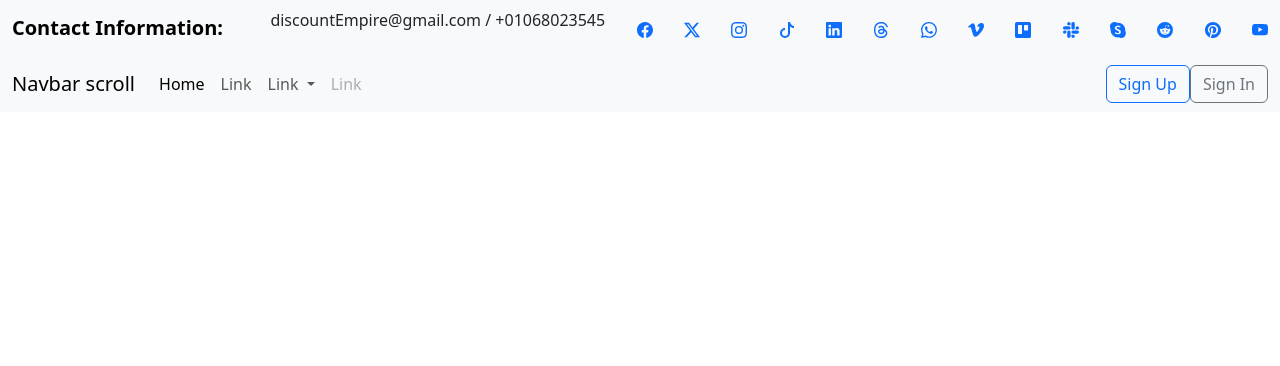
Repository: HaziimYassien/The-Discount-Empire
Page: index.html
These files come from the project's save history. The page is drawn as it stood at one moment and after a run of saves; the edit follows.
The browser window is 1280 px wide. The pictures show the whole page.

Above is the page before, as saved 2024-01-24 17:58:35.

### index.html
<!DOCTYPE html>
<html lang="en">
  <head>
    <meta charset="UTF-8" />
    <meta name="viewport" content="width=device-width, initial-scale=1.0" />
    <link rel="stylesheet" href="/style.css" />
    <link rel="stylesheet" href="/css/bootstrap.css" />
    <title>Document</title>
  </head>
  <body>
    <!-- START _SocialMediaBar -->
<nav class="h-auto navbar sticky-top navbar-light bg-light">
  <div class="h-1 container-fluid">
    <strong class="mb-0 navbar-brand" href="#">Contact Information:  </strong>
    <p>discountEmpire@gmail.com / +01068023545</p>
    <a href="#">
 <svg xmlns="http://www.w3.org/2000/svg" width="16" height="16" fill="currentColor" class="bi bi-facebook" viewBox="0 0 16 16">
  <path d="M16 8.049c0-4.446-3.582-8.05-8-8.05C3.58 0-.002 3.603-.002 8.05c0 4.017 2.926 7.347 6.75 7.951v-5.625h-2.03V8.05H6.75V6.275c0-2.017 1.195-3.131 3.022-3.131.876 0 1.791.157 1.791.157v1.98h-1.009c-.993 0-1.303.621-1.303 1.258v1.51h2.218l-.354 2.326H9.25V16c3.824-.604 6.75-3.934 6.75-7.951"/>
</svg>
    </a>

    <a href="#">
<svg xmlns="http://www.w3.org/2000/svg" width="16" height="16" fill="currentColor" class="bi bi-twitter-x" viewBox="0 0 16 16">
  <path d="M12.6.75h2.454l-5.36 6.142L16 15.25h-4.937l-3.867-5.07-4.425 5.07H.316l5.733-6.57L0 .75h5.063l3.495 4.633L12.601.75Zm-.86 13.028h1.36L4.323 2.145H2.865z"/>
</svg>
</a>
<a href="#">
<svg xmlns="http://www.w3.org/2000/svg" width="16" height="16" fill="currentColor" class="bi bi-instagram" viewBox="0 0 16 16">
  <path d="M8 0C5.829 0 5.556.01 4.703.048 3.85.088 3.269.222 2.76.42a3.9 3.9 0 0 0-1.417.923A3.9 3.9 0 0 0 .42 2.76C.222 3.268.087 3.85.048 4.7.01 5.555 0 5.827 0 8.001c0 2.172.01 2.444.048 3.297.04.852.174 1.433.372 1.942.205.526.478.972.923 1.417.444.445.89.719 1.416.923.51.198 1.09.333 1.942.372C5.555 15.99 5.827 16 8 16s2.444-.01 3.298-.048c.851-.04 1.434-.174 1.943-.372a3.9 3.9 0 0 0 1.416-.923c.445-.445.718-.891.923-1.417.197-.509.332-1.09.372-1.942C15.99 10.445 16 10.173 16 8s-.01-2.445-.048-3.299c-.04-.851-.175-1.433-.372-1.941a3.9 3.9 0 0 0-.923-1.417A3.9 3.9 0 0 0 13.24.42c-.51-.198-1.092-.333-1.943-.372C10.443.01 10.172 0 7.998 0zm-.717 1.442h.718c2.136 0 2.389.007 3.232.046.78.035 1.204.166 1.486.275.373.145.64.319.92.599s.453.546.598.92c.11.281.24.705.275 1.485.039.843.047 1.096.047 3.231s-.008 2.389-.047 3.232c-.035.78-.166 1.203-.275 1.485a2.5 2.5 0 0 1-.599.919c-.28.28-.546.453-.92.598-.28.11-.704.24-1.485.276-.843.038-1.096.047-3.232.047s-2.39-.009-3.233-.047c-.78-.036-1.203-.166-1.485-.276a2.5 2.5 0 0 1-.92-.598 2.5 2.5 0 0 1-.6-.92c-.109-.281-.24-.705-.275-1.485-.038-.843-.046-1.096-.046-3.233s.008-2.388.046-3.231c.036-.78.166-1.204.276-1.486.145-.373.319-.64.599-.92s.546-.453.92-.598c.282-.11.705-.24 1.485-.276.738-.034 1.024-.044 2.515-.045zm4.988 1.328a.96.96 0 1 0 0 1.92.96.96 0 0 0 0-1.92m-4.27 1.122a4.109 4.109 0 1 0 0 8.217 4.109 4.109 0 0 0 0-8.217m0 1.441a2.667 2.667 0 1 1 0 5.334 2.667 2.667 0 0 1 0-5.334"/>
</svg>
</a>
<a href="#">
<svg xmlns="http://www.w3.org/2000/svg" width="16" height="16" fill="currentColor" class="bi bi-tiktok" viewBox="0 0 16 16">
  <path d="M9 0h1.98c.144.715.54 1.617 1.235 2.512C12.895 3.389 13.797 4 15 4v2c-1.753 0-3.07-.814-4-1.829V11a5 5 0 1 1-5-5v2a3 3 0 1 0 3 3z"/>
</svg>
</a>
<a href="#">
<svg xmlns="http://www.w3.org/2000/svg" width="16" height="16" fill="currentColor" class="bi bi-linkedin" viewBox="0 0 16 16">
  <path d="M0 1.146C0 .513.526 0 1.175 0h13.65C15.474 0 16 .513 16 1.146v13.708c0 .633-.526 1.146-1.175 1.146H1.175C.526 16 0 15.487 0 14.854zm4.943 12.248V6.169H2.542v7.225zm-1.2-8.212c.837 0 1.358-.554 1.358-1.248-.015-.709-.52-1.248-1.342-1.248S2.4 3.226 2.4 3.934c0 .694.521 1.248 1.327 1.248zm4.908 8.212V9.359c0-.216.016-.432.08-.586.173-.431.568-.878 1.232-.878.869 0 1.216.662 1.216 1.634v3.865h2.401V9.25c0-2.22-1.184-3.252-2.764-3.252-1.274 0-1.845.7-2.165 1.193v.025h-.016l.016-.025V6.169h-2.4c.03.678 0 7.225 0 7.225z"/>
</svg>
</a>
<a href="#">
<svg xmlns="http://www.w3.org/2000/svg" width="16" height="16" fill="currentColor" class="bi bi-threads" viewBox="0 0 16 16">
  <path d="M6.321 6.016c-.27-.18-1.166-.802-1.166-.802.756-1.081 1.753-1.502 3.132-1.502.975 0 1.803.327 2.394.948s.928 1.509 1.005 2.644q.492.207.905.484c1.109.745 1.719 1.86 1.719 3.137 0 2.716-2.226 5.075-6.256 5.075C4.594 16 1 13.987 1 7.994 1 2.034 4.482 0 8.044 0 9.69 0 13.55.243 15 5.036l-1.36.353C12.516 1.974 10.163 1.43 8.006 1.43c-3.565 0-5.582 2.171-5.582 6.79 0 4.143 2.254 6.343 5.63 6.343 2.777 0 4.847-1.443 4.847-3.556 0-1.438-1.208-2.127-1.27-2.127-.236 1.234-.868 3.31-3.644 3.31-1.618 0-3.013-1.118-3.013-2.582 0-2.09 1.984-2.847 3.55-2.847.586 0 1.294.04 1.663.114 0-.637-.54-1.728-1.9-1.728-1.25 0-1.566.405-1.967.868ZM8.716 8.19c-2.04 0-2.304.87-2.304 1.416 0 .878 1.043 1.168 1.6 1.168 1.02 0 2.067-.282 2.232-2.423a6.2 6.2 0 0 0-1.528-.161"/>
</svg>
</a>
<a href="#">
<svg xmlns="http://www.w3.org/2000/svg" width="16" height="16" fill="currentColor" class="bi bi-whatsapp" viewBox="0 0 16 16">
  <path d="M13.601 2.326A7.85 7.85 0 0 0 7.994 0C3.627 0 .068 3.558.064 7.926c0 1.399.366 2.76 1.057 3.965L0 16l4.204-1.102a7.9 7.9 0 0 0 3.79.965h.004c4.368 0 7.926-3.558 7.93-7.93A7.9 7.9 0 0 0 13.6 2.326zM7.994 14.521a6.6 6.6 0 0 1-3.356-.92l-.24-.144-2.494.654.666-2.433-.156-.251a6.56 6.56 0 0 1-1.007-3.505c0-3.626 2.957-6.584 6.591-6.584a6.56 6.56 0 0 1 4.66 1.931 6.56 6.56 0 0 1 1.928 4.66c-.004 3.639-2.961 6.592-6.592 6.592m3.615-4.934c-.197-.099-1.17-.578-1.353-.646-.182-.065-.315-.099-.445.099-.133.197-.513.646-.627.775-.114.133-.232.148-.43.05-.197-.1-.836-.308-1.592-.985-.59-.525-.985-1.175-1.103-1.372-.114-.198-.011-.304.088-.403.087-.088.197-.232.296-.346.1-.114.133-.198.198-.33.065-.134.034-.248-.015-.347-.05-.099-.445-1.076-.612-1.47-.16-.389-.323-.335-.445-.34-.114-.007-.247-.007-.38-.007a.73.73 0 0 0-.529.247c-.182.198-.691.677-.691 1.654s.71 1.916.81 2.049c.098.133 1.394 2.132 3.383 2.992.47.205.84.326 1.129.418.475.152.904.129 1.246.08.38-.058 1.171-.48 1.338-.943.164-.464.164-.86.114-.943-.049-.084-.182-.133-.38-.232"/>
</svg>
</a>
<a href="#">
<svg xmlns="http://www.w3.org/2000/svg" width="16" height="16" fill="currentColor" class="bi bi-vimeo" viewBox="0 0 16 16">
  <path d="M15.992 4.204q-.106 2.334-3.262 6.393-3.263 4.243-5.522 4.243-1.4 0-2.367-2.583L3.55 7.523Q2.83 4.939 2.007 4.94q-.178.001-1.254.754L0 4.724a210 210 0 0 0 2.334-2.081q1.581-1.364 2.373-1.437 1.865-.185 2.298 2.553.466 2.952.646 3.666.54 2.447 1.186 2.445.5 0 1.508-1.587 1.006-1.587 1.077-2.415.144-1.37-1.077-1.37a3 3 0 0 0-1.185.261q1.183-3.86 4.508-3.756 2.466.075 2.324 3.2z"/>
</svg>
</a>
<a href="#">
<svg xmlns="http://www.w3.org/2000/svg" width="16" height="16" fill="currentColor" class="bi bi-trello" viewBox="0 0 16 16">
  <path d="M14.1 0H1.903C.852 0 .002.85 0 1.9v12.19A1.9 1.9 0 0 0 1.902 16h12.199A1.9 1.9 0 0 0 16 14.09V1.9A1.9 1.9 0 0 0 14.1 0M7 11.367a.636.636 0 0 1-.64.633H3.593a.633.633 0 0 1-.63-.633V3.583c0-.348.281-.631.63-.633h2.765c.35.002.632.284.633.633zm6.052-3.5a.633.633 0 0 1-.64.633h-2.78A.636.636 0 0 1 9 7.867V3.583a.636.636 0 0 1 .633-.633h2.778c.35.002.631.285.631.633z"/>
</svg>
</a>
<a href="#">
<svg xmlns="http://www.w3.org/2000/svg" width="16" height="16" fill="currentColor" class="bi bi-slack" viewBox="0 0 16 16">
  <path d="M3.362 10.11c0 .926-.756 1.681-1.681 1.681S0 11.036 0 10.111.756 8.43 1.68 8.43h1.682zm.846 0c0-.924.756-1.68 1.681-1.68s1.681.756 1.681 1.68v4.21c0 .924-.756 1.68-1.68 1.68a1.685 1.685 0 0 1-1.682-1.68zM5.89 3.362c-.926 0-1.682-.756-1.682-1.681S4.964 0 5.89 0s1.68.756 1.68 1.68v1.682zm0 .846c.924 0 1.68.756 1.68 1.681S6.814 7.57 5.89 7.57H1.68C.757 7.57 0 6.814 0 5.89c0-.926.756-1.682 1.68-1.682zm6.749 1.682c0-.926.755-1.682 1.68-1.682S16 4.964 16 5.889s-.756 1.681-1.68 1.681h-1.681zm-.848 0c0 .924-.755 1.68-1.68 1.68A1.685 1.685 0 0 1 8.43 5.89V1.68C8.43.757 9.186 0 10.11 0c.926 0 1.681.756 1.681 1.68zm-1.681 6.748c.926 0 1.682.756 1.682 1.681S11.036 16 10.11 16s-1.681-.756-1.681-1.68v-1.682h1.68zm0-.847c-.924 0-1.68-.755-1.68-1.68s.756-1.681 1.68-1.681h4.21c.924 0 1.68.756 1.68 1.68 0 .926-.756 1.681-1.68 1.681z"/>
</svg>
</a>
<a href="#">
<svg xmlns="http://www.w3.org/2000/svg" width="16" height="16" fill="currentColor" class="bi bi-skype" viewBox="0 0 16 16">
  <path d="M4.671 0c.88 0 1.733.247 2.468.702a7.42 7.42 0 0 1 6.02 2.118 7.37 7.37 0 0 1 2.167 5.215q0 .517-.072 1.026a4.66 4.66 0 0 1 .6 2.281 4.64 4.64 0 0 1-1.37 3.294A4.67 4.67 0 0 1 11.18 16c-.84 0-1.658-.226-2.37-.644a7.42 7.42 0 0 1-6.114-2.107A7.37 7.37 0 0 1 .529 8.035q0-.545.08-1.081a4.644 4.644 0 0 1 .76-5.59A4.68 4.68 0 0 1 4.67 0zm.447 7.01c.18.309.43.572.729.769a7 7 0 0 0 1.257.653q.737.308 1.145.523c.229.112.437.264.615.448.135.142.21.331.21.528a.87.87 0 0 1-.335.723c-.291.196-.64.289-.99.264a2.6 2.6 0 0 1-1.048-.206 11 11 0 0 1-.532-.253 1.3 1.3 0 0 0-.587-.15.72.72 0 0 0-.501.176.63.63 0 0 0-.195.491.8.8 0 0 0 .148.482 1.2 1.2 0 0 0 .456.354 5.1 5.1 0 0 0 2.212.419 4.6 4.6 0 0 0 1.624-.265 2.3 2.3 0 0 0 1.08-.801c.267-.39.402-.855.386-1.327a2.1 2.1 0 0 0-.279-1.101 2.5 2.5 0 0 0-.772-.792A7 7 0 0 0 8.486 7.3a1 1 0 0 0-.145-.058 18 18 0 0 1-1.013-.447 1.8 1.8 0 0 1-.54-.387.73.73 0 0 1-.2-.508.8.8 0 0 1 .385-.723 1.76 1.76 0 0 1 .968-.247c.26-.003.52.03.772.096q.412.119.802.293c.105.049.22.075.336.076a.6.6 0 0 0 .453-.19.7.7 0 0 0 .18-.496.72.72 0 0 0-.17-.476 1.4 1.4 0 0 0-.556-.354 3.7 3.7 0 0 0-.708-.183 6 6 0 0 0-1.022-.078 4.5 4.5 0 0 0-1.536.258 2.7 2.7 0 0 0-1.174.784 1.9 1.9 0 0 0-.45 1.287c-.01.37.076.736.25 1.063"/>
</svg>
</a>
<a href="#">
<svg xmlns="http://www.w3.org/2000/svg" width="16" height="16" fill="currentColor" class="bi bi-reddit" viewBox="0 0 16 16">
  <path d="M6.167 8a.83.83 0 0 0-.83.83c0 .459.372.84.83.831a.831.831 0 0 0 0-1.661m1.843 3.647c.315 0 1.403-.038 1.976-.611a.23.23 0 0 0 0-.306.213.213 0 0 0-.306 0c-.353.363-1.126.487-1.67.487-.545 0-1.308-.124-1.671-.487a.213.213 0 0 0-.306 0 .213.213 0 0 0 0 .306c.564.563 1.652.61 1.977.61zm.992-2.807c0 .458.373.83.831.83s.83-.381.83-.83a.831.831 0 0 0-1.66 0z"/>
  <path d="M16 8A8 8 0 1 1 0 8a8 8 0 0 1 16 0m-3.828-1.165c-.315 0-.602.124-.812.325-.801-.573-1.9-.945-3.121-.993l.534-2.501 1.738.372a.83.83 0 1 0 .83-.869.83.83 0 0 0-.744.468l-1.938-.41a.2.2 0 0 0-.153.028.2.2 0 0 0-.086.134l-.592 2.788c-1.24.038-2.358.41-3.17.992-.21-.2-.496-.324-.81-.324a1.163 1.163 0 0 0-.478 2.224q-.03.17-.029.353c0 1.795 2.091 3.256 4.669 3.256s4.668-1.451 4.668-3.256c0-.114-.01-.238-.029-.353.401-.181.688-.592.688-1.069 0-.65-.525-1.165-1.165-1.165"/>
</svg>
</a>
<a href="#">
<svg xmlns="http://www.w3.org/2000/svg" width="16" height="16" fill="currentColor" class="bi bi-pinterest" viewBox="0 0 16 16">
  <path d="M8 0a8 8 0 0 0-2.915 15.452c-.07-.633-.134-1.606.027-2.297.146-.625.938-3.977.938-3.977s-.239-.479-.239-1.187c0-1.113.645-1.943 1.448-1.943.682 0 1.012.512 1.012 1.127 0 .686-.437 1.712-.663 2.663-.188.796.4 1.446 1.185 1.446 1.422 0 2.515-1.5 2.515-3.664 0-1.915-1.377-3.254-3.342-3.254-2.276 0-3.612 1.707-3.612 3.471 0 .688.265 1.425.595 1.826a.24.24 0 0 1 .056.23c-.061.252-.196.796-.222.907-.035.146-.116.177-.268.107-1-.465-1.624-1.926-1.624-3.1 0-2.523 1.834-4.84 5.286-4.84 2.775 0 4.932 1.977 4.932 4.62 0 2.757-1.739 4.976-4.151 4.976-.811 0-1.573-.421-1.834-.919l-.498 1.902c-.181.695-.669 1.566-.995 2.097A8 8 0 1 0 8 0"/>
</svg>
</a>
<a href="#">
<svg xmlns="http://www.w3.org/2000/svg" width="16" height="16" fill="currentColor" class="bi bi-youtube" viewBox="0 0 16 16">
  <path d="M8.051 1.999h.089c.822.003 4.987.033 6.11.335a2.01 2.01 0 0 1 1.415 1.42c.101.38.172.883.22 1.402l.01.104.022.26.008.104c.065.914.073 1.77.074 1.957v.075c-.001.194-.01 1.108-.082 2.06l-.008.105-.009.104c-.05.572-.124 1.14-.235 1.558a2.01 2.01 0 0 1-1.415 1.42c-1.16.312-5.569.334-6.18.335h-.142c-.309 0-1.587-.006-2.927-.052l-.17-.006-.087-.004-.171-.007-.171-.007c-1.11-.049-2.167-.128-2.654-.26a2.01 2.01 0 0 1-1.415-1.419c-.111-.417-.185-.986-.235-1.558L.09 9.82l-.008-.104A31 31 0 0 1 0 7.68v-.123c.002-.215.01-.958.064-1.778l.007-.103.003-.052.008-.104.022-.26.01-.104c.048-.519.119-1.023.22-1.402a2.01 2.01 0 0 1 1.415-1.42c.487-.13 1.544-.21 2.654-.26l.17-.007.172-.006.086-.003.171-.007A100 100 0 0 1 7.858 2zM6.4 5.209v4.818l4.157-2.408z"/>
</svg>
</a>
  </div>
</nav>
    <!-- END _SocialMediaBar -->
    <!-- START _NavBar -->
    <nav class="navbar navbar-expand-lg navbar-light bg-light">
      <div class="container-fluid">
        <a class="navbar-brand" href="#">Navbar scroll</a>
        <button
          class="navbar-toggler"
          type="button"
          data-bs-toggle="collapse"
          data-bs-target="#navbarScroll"
          aria-controls="navbarScroll"
          aria-expanded="false"
          aria-label="Toggle navigation"
        >
          <span class="navbar-toggler-icon"></span>
        </button>
        <div class="collapse navbar-collapse" id="navbarScroll">
          <ul
            class="navbar-nav me-auto my-2 my-lg-0 navbar-nav-scroll"
            style="--bs-scroll-height: 100px"
          >
            <li class="nav-item">
              <a class="nav-link active" aria-current="page" href="#">Home</a>
            </li>
            <li class="nav-item">
              <a class="nav-link" href="#">Link</a>
            </li>
            <li class="nav-item dropdown">
              <a
                class="nav-link dropdown-toggle"
                href="#"
                id="navbarScrollingDropdown"
                role="button"
                data-bs-toggle="dropdown"
                aria-expanded="false"
              >
                Link
              </a>
              <ul
                class="dropdown-menu"
                aria-labelledby="navbarScrollingDropdown"
              >
                <li><a class="dropdown-item" href="#">Action</a></li>
                <li><a class="dropdown-item" href="#">Another action</a></li>
                <li><hr class="dropdown-divider" /></li>
                <li>
                  <a class="dropdown-item" href="#">Something else here</a>
                </li>
              </ul>
            </li>
            <li class="nav-item">
              <a
                class="nav-link disabled"
                href="#"
                tabindex="-1"
                aria-disabled="true"
                >Link</a
              >
            </li>
          </ul>

            <button class="btn btn-outline-primary" type="#">
              Sign Up
            </button>
              <button class="btn btn-outline-secondary" type="#">
              Sign In
            </button>
          </form>
        </div>
      </div>
    </nav>
    <!-- END _NavBar -->

  </body>
</html>

Loaded but not shown: css/bootstrap.css (library); style.css (no stored copy; drawn as an empty file)

After the next 2 saves:
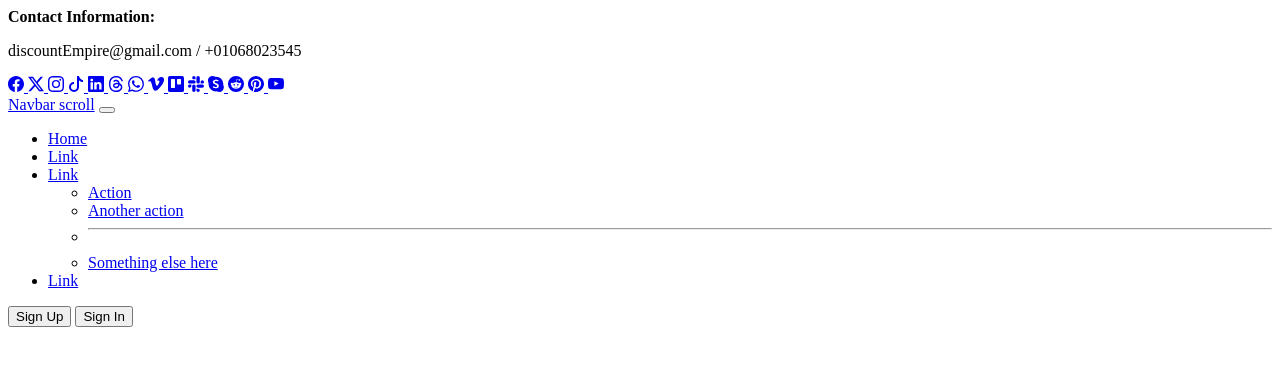
The 2 saves are shown as one change because they came seconds apart.
The last was saved 8 s later.
--- a/index.html
+++ b/index.html
@@ -3,8 +3,7 @@
   <head>
     <meta charset="UTF-8" />
     <meta name="viewport" content="width=device-width, initial-scale=1.0" />
-    <link rel="stylesheet" href="/style.css" />
-    <link rel="stylesheet" href="/css/bootstrap.css" />
+
     <title>Document</title>
   </head>
   <body>

After the 2 saves that followed:
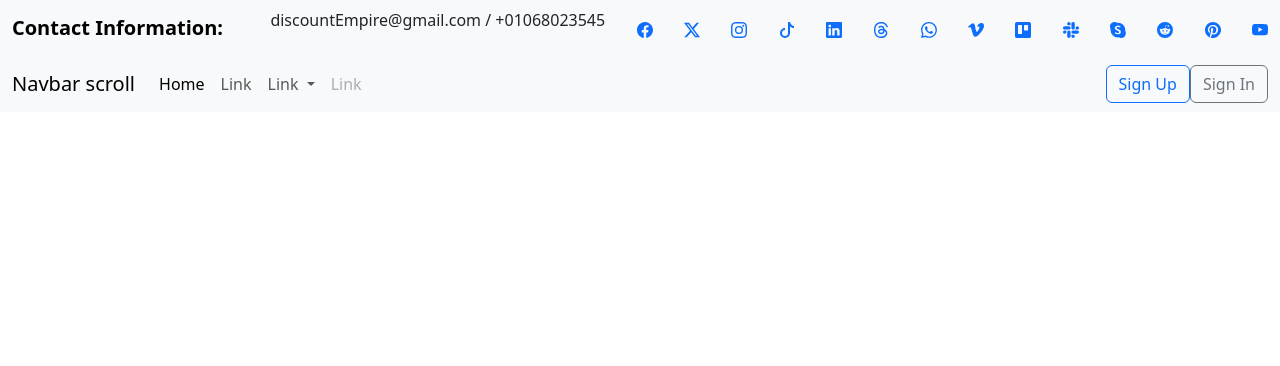
The 2 saves are shown as one change because they came seconds apart.
The last was saved 9 s later.
--- a/index.html
+++ b/index.html
@@ -3,6 +3,7 @@
   <head>
     <meta charset="UTF-8" />
     <meta name="viewport" content="width=device-width, initial-scale=1.0" />
+<link href="https://cdn.jsdelivr.net/npm/bootstrap@5.3.2/dist/css/bootstrap.min.css" rel="stylesheet" integrity="sha384-T3c6CoIi6uLrA9TneNEoa7RxnatzjcDSCmG1MXxSR1GAsXEV/Dwwykc2MPK8M2HN" crossorigin="anonymous">
 
     <title>Document</title>
   </head>
